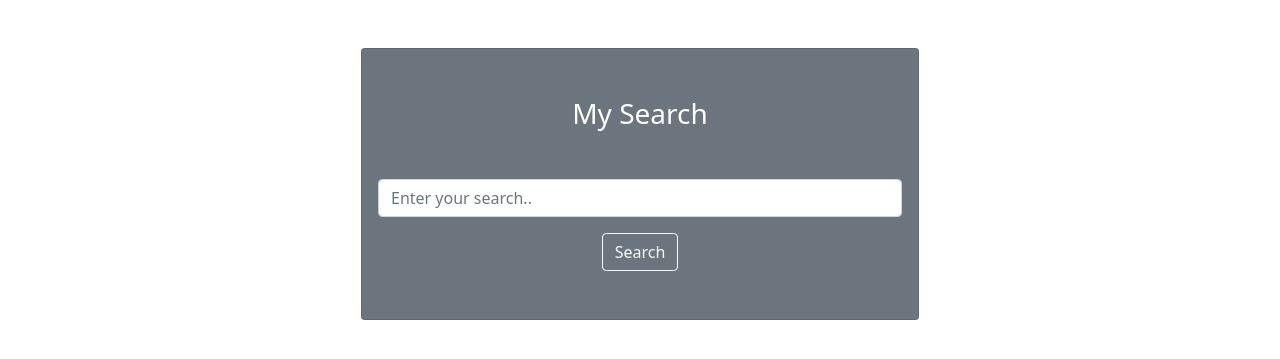
Repository: Hits-95/Spring
Page: http://localhost/SpringMVC_Search/home
An editor plug-in stored every save of this project. The page is shown before and after the next save, followed by the edit.
The browser window is 1280 px wide. The pictures show the whole page.
The page is served by Tomcat 9.

Above is the page before, as saved 2021-04-10 07:13:00.

After the next save:
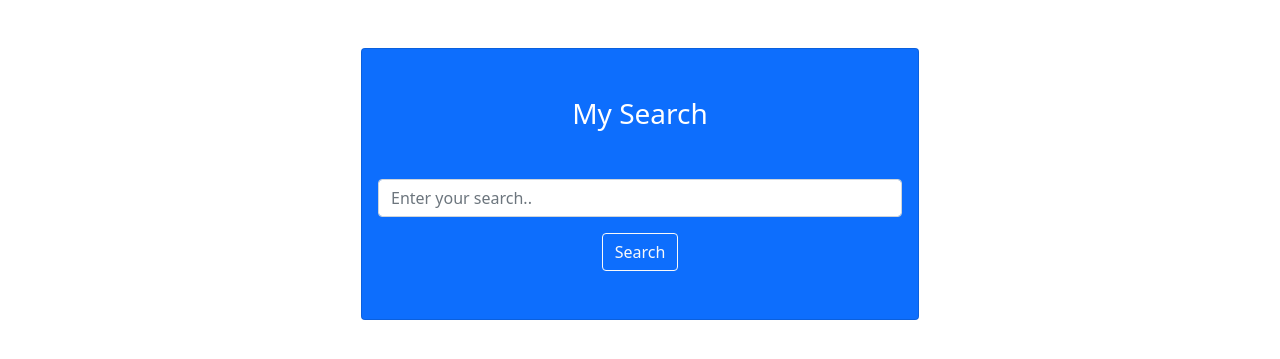
Saved 54 s later.
--- a/SpringMVC_Search/src/main/webapp/WEB-INF/views/home.jsp
+++ b/SpringMVC_Search/src/main/webapp/WEB-INF/views/home.jsp
@@ -9,7 +9,7 @@
 </head>
 <body>
 	<div class="container">
-		<div class="card mx-auto mt-5 bg-secondary" style="width: 50%;">
+		<div class="card mx-auto mt-5 bg-primary" style="width: 50%;">
 			<!-- <img src="..." class="card-img-top" alt="..."> -->
 			<div class="card-body py-5">
 			<h3 class = "text-center text-white">My Search</h3>
